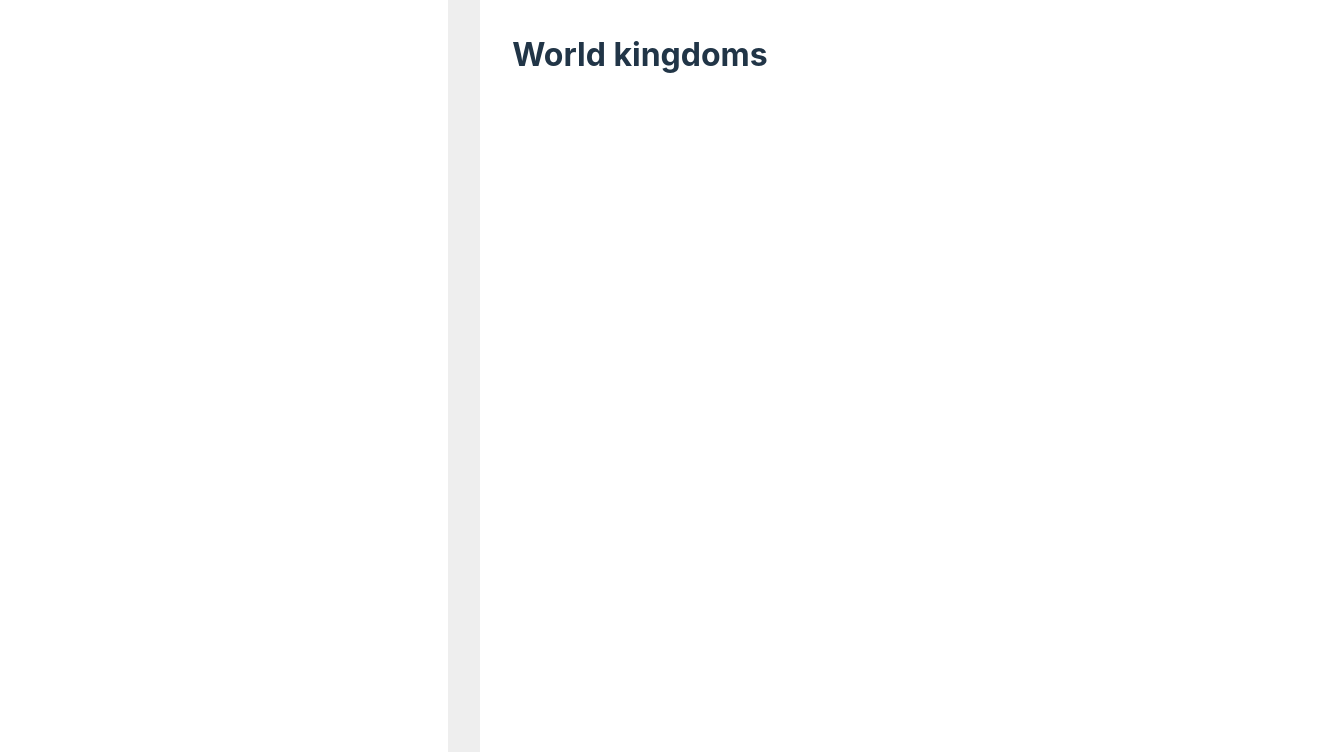
Repository: SamanthaYan298/my_world_kingdoms
Page: /
These files come from the project's save history. The page is drawn as it stood at one moment and after the next save; the edit follows.
The browser window is 1280 px wide. The page is 1280 px wide, then 1344 px, so the pictures cover 1344 px, including what lies to the right of the window. The pictures show the whole page.
The page's requests for data from a server got no answer. The project was rebuilt for these pictures with package versions that can differ from the ones it lists, and the page was loaded fresh each time. No one was signed in, and anything a server would have sent is missing. Also part of the build but not shown: vite.config.js.

Above is the page before, as saved 2024-11-20 18:03:21.

### src/App.jsx
import { useEffect, useState } from 'react'
import './App.css'
import Countries from '../components/Countries';

function App() {

  const [query, setQuery] = useState('');
  const [countries, setCountries] = useState([]);
  const [fetchStatus, setFetchStatus] = useState('idle');

  // load data on mount - only load once
  useEffect(() => {
    const url = ` https://restcountries.com/v3.1/name/kingdom`;

    async function fetchData() {
      let response, data;
      try{
        setFetchStatus('loading');
        response = await fetch(url);
        data = await response.json();
        setCountries(data);
        setFetchStatus('idle');
      } catch(e) {
        setFetchStatus('error');
        console.error(e.message);
      }
    }

    fetchData();

  }, [query]);

  let filteredCountries = [...countries];

  return (
    <>
    <div className='countries'>
      <h1>World kingdoms</h1>
      <Countries countries={filteredCountries} />
    </div>

    </>
  )
}

export default App

### src/App.css
#root {
  max-width: 100%;
  margin: 0 auto;
  padding: 0 2rem;
  text-align: center;
  background: #eee;
}

h1 {
  display: block;
  font-size: 2em;
  margin-block-start: 0.67em;
  margin-block-end: 0.67em;
  margin-inline-start: 0px;
  margin-inline-end: 0px;
  font-weight: bold;
  unicode-bidi: isolate;
  text-align: left;
}

.countries {
  width: 90%;
  background: #fff;
  margin: 0 auto;
  padding: 1em 2em;
  height: 100vh;
}

img {
  width: 50%;
}

### components/Countries.jsx
import '../src/App.css'

function Countries({ countries }) {

    return (
      <div className='outer-container'>
        {countries.map((country, index) => (
            <div key={index} className='cards-container'>
              <div className='cards'>
                <div className='cards-header'>
                  <div>
                    <img src={country.flags.png} alt={`Flag of ${country.name.common}`} />
                  </div>
                  <h4 className='name'>{country.name.common}</h4>
                </div>
                <div>
                  <div className='country-info'>
                    <p>
                      <span><strong>Capital: </strong></span>
                      <span>{country.capital}</span>
                    </p>
                    <p>
                      <span><strong>Location in: </strong></span>
                      <span className='borders'>{country.subregion}</span>
                    </p>
                  </div>
                </div>
              </div>
            </div>
          ))}
      </div>
    );
  }

  export default Countries;

Loaded but not shown: index.html (common file); src/main.jsx (common file); src/index.css (common file)

After the next save:
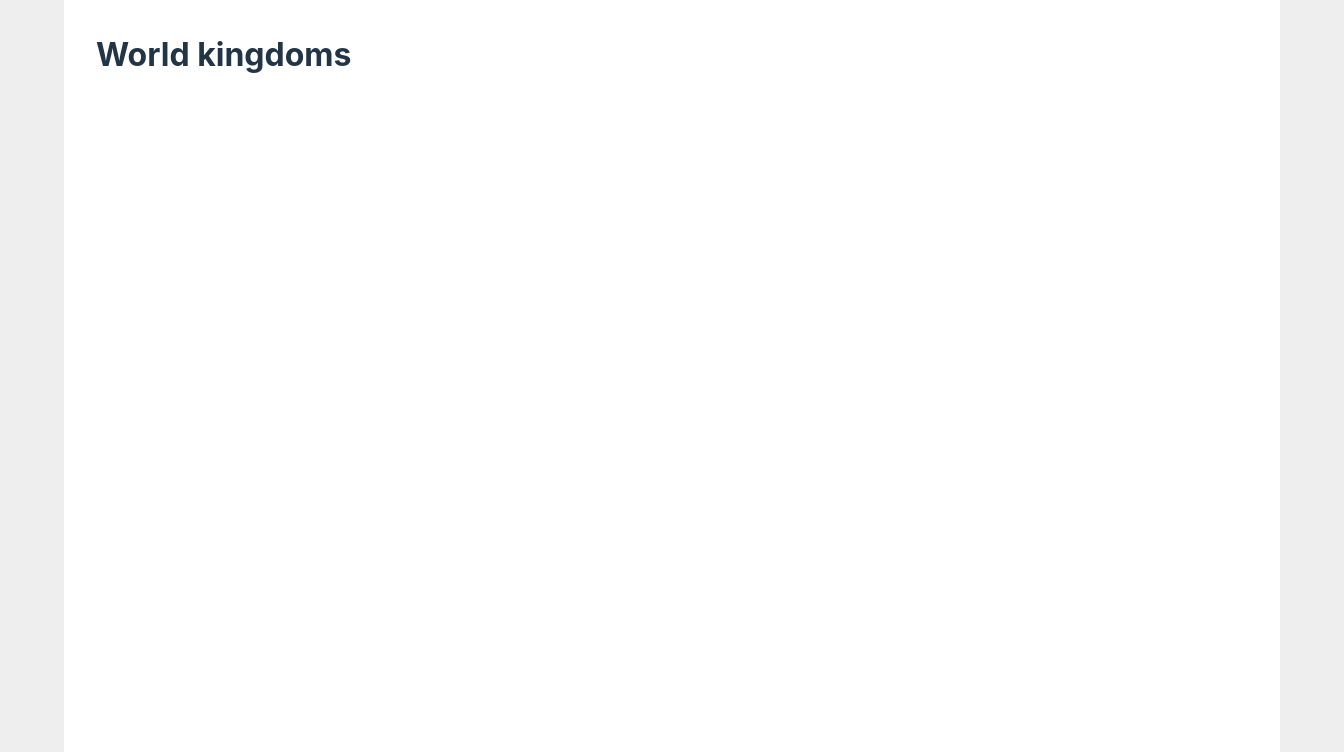
Saved 44 s later.
--- a/src/App.css
+++ b/src/App.css
@@ -1,5 +1,6 @@
 #root {
-  max-width: 100%;
+  min-width: 100%;
+  min-height: 100vh;
   margin: 0 auto;
   padding: 0 2rem;
   text-align: center;
